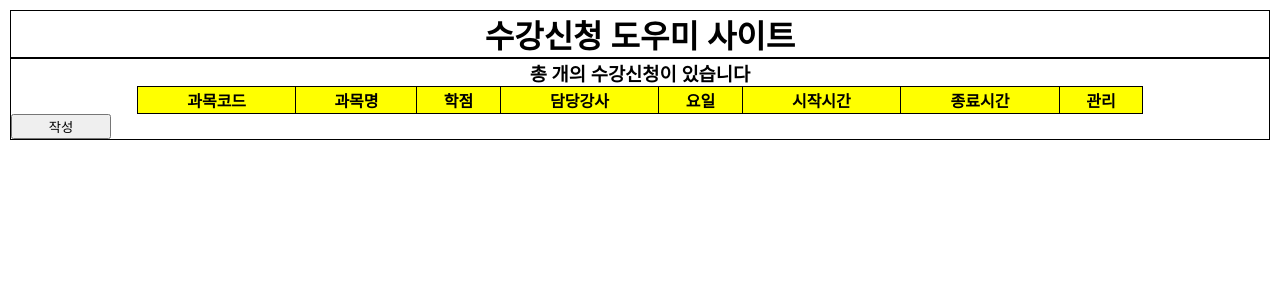
Repository: Tor1a/SpringSet
Page: http://localhost/practice02/WEB-INF/views/home.jsp
An editor plug-in stored every save of this project. The page is shown before and after the next save, followed by the edit.
The browser window is 1280 px wide. The pictures show the whole page.
The page is served by Tomcat 9. Nobody is signed in. The template is opened directly, without the code that normally fills it, so the values that code supplies are empty.

Above is the page before, as saved 2022-04-14 08:53:19.

After the next save:
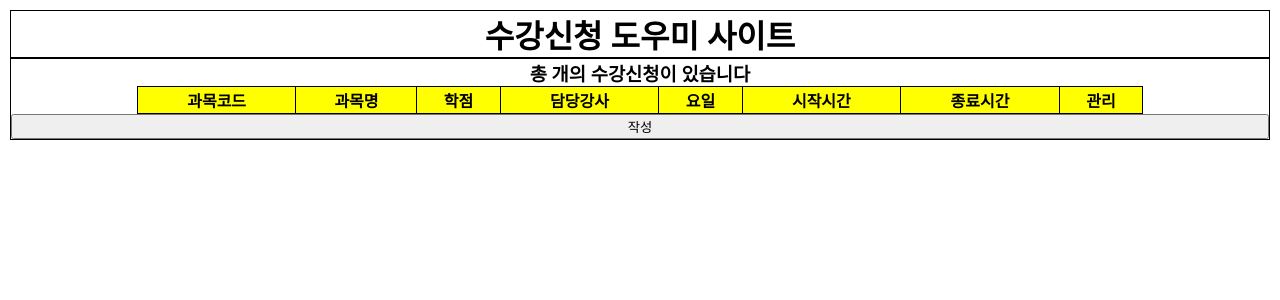
Saved 20 s later.
--- a/practice02/src/main/webapp/WEB-INF/views/home.jsp
+++ b/practice02/src/main/webapp/WEB-INF/views/home.jsp
@@ -57,7 +57,7 @@
 				</tr>
 			</c:forEach>
 		</table>
-		<button class="add" onclick="add()">작성</button>
+		<button #="add" onclick="add()">작성</button>
 		</div>
 	</div>
 
